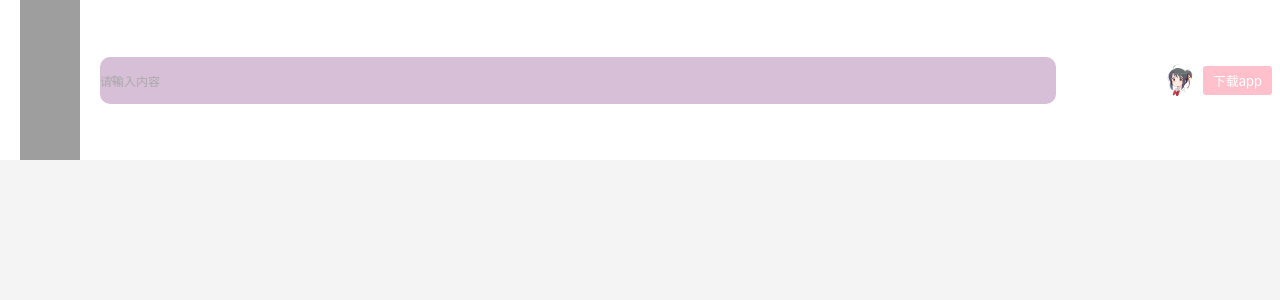
Repository: caiys666/bilibili
Page: /#/userinfo
These files come from the project's save history. The page is drawn as it stood at one moment and after the next save; the edit follows.
The browser window is 1280 px wide. The pictures show the whole page.
Pictures or frames that could not be fetched are drawn as grey boxes. The project was rebuilt for these pictures with package versions that can differ from the ones it lists, and the page was loaded fresh each time. Also part of the build but not shown: vue.config.js, src/components/HelloWorld.vue, src/views/Home.vue.

Above is the page before, as saved 2020-10-01 21:35:08.

After the next save:
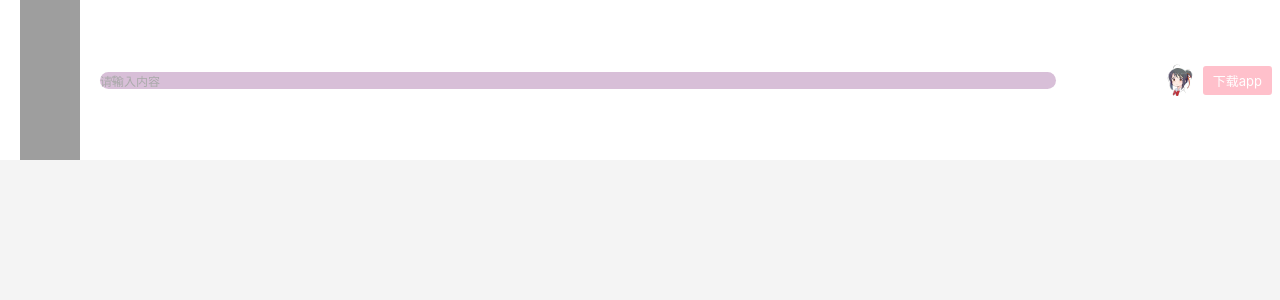
Saved 27 s later.
--- a/src/components/commn/Navbar.vue
+++ b/src/components/commn/Navbar.vue
@@ -34,7 +34,7 @@
         p{
             background-color: thistle;
             position: relative;
-            padding: 15px 0px;
+
             width: 90%;
             // height: 26px;
             border-radius: 10px;
